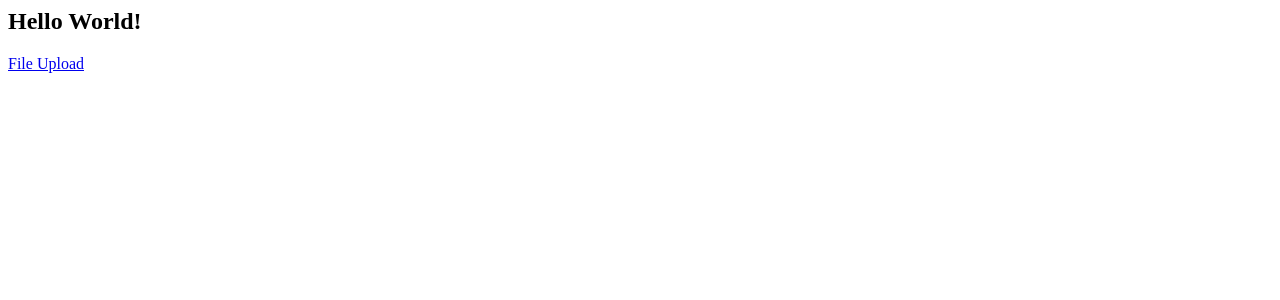
Repository: rainismsky/kh_spring_workspace
Page: http://localhost/FileUpload/
The author's editor kept a copy of each file at every save. The page is drawn from the files as they stood at one save, then again after the next save.
The browser window is 1280 px wide. The pictures show the whole page.
The page is served by Tomcat 9. Other server files are loaded and not shown.

Above is the page before, as saved 2018-10-18 09:52:51.

### love_H.J/FileUpload/src/main/webapp/index.jsp
<%@ page contentType="text/html; charset=UTF-8" %>

<html>
<body>

<h2>Hello World!</h2>

<a href="report/ajaxUpload.do">File Upload</a>
</body>
</html>

After the next save:
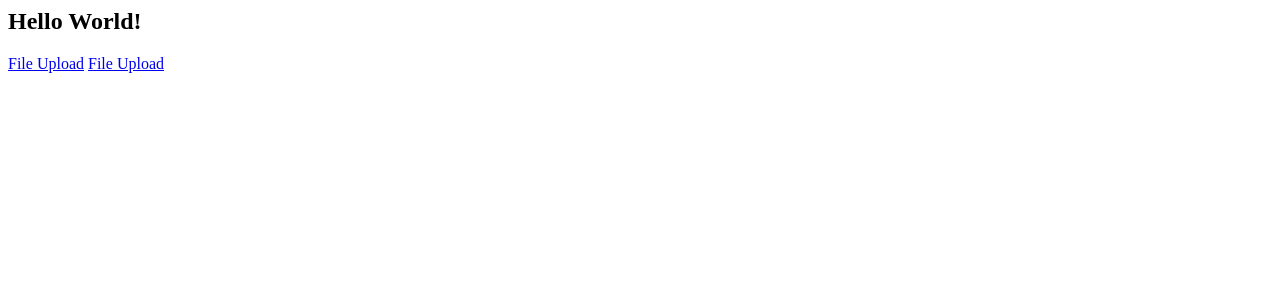
Saved 5 min 49 s later.
--- a/love_H.J/FileUpload/src/main/webapp/index.jsp
+++ b/love_H.J/FileUpload/src/main/webapp/index.jsp
@@ -6,5 +6,6 @@
 <h2>Hello World!</h2>
 
 <a href="report/ajaxUpload.do">File Upload</a>
+<a href="AjaxUpload/report/ajaxUpload.do">File Upload</a>
 </body>
 </html>
